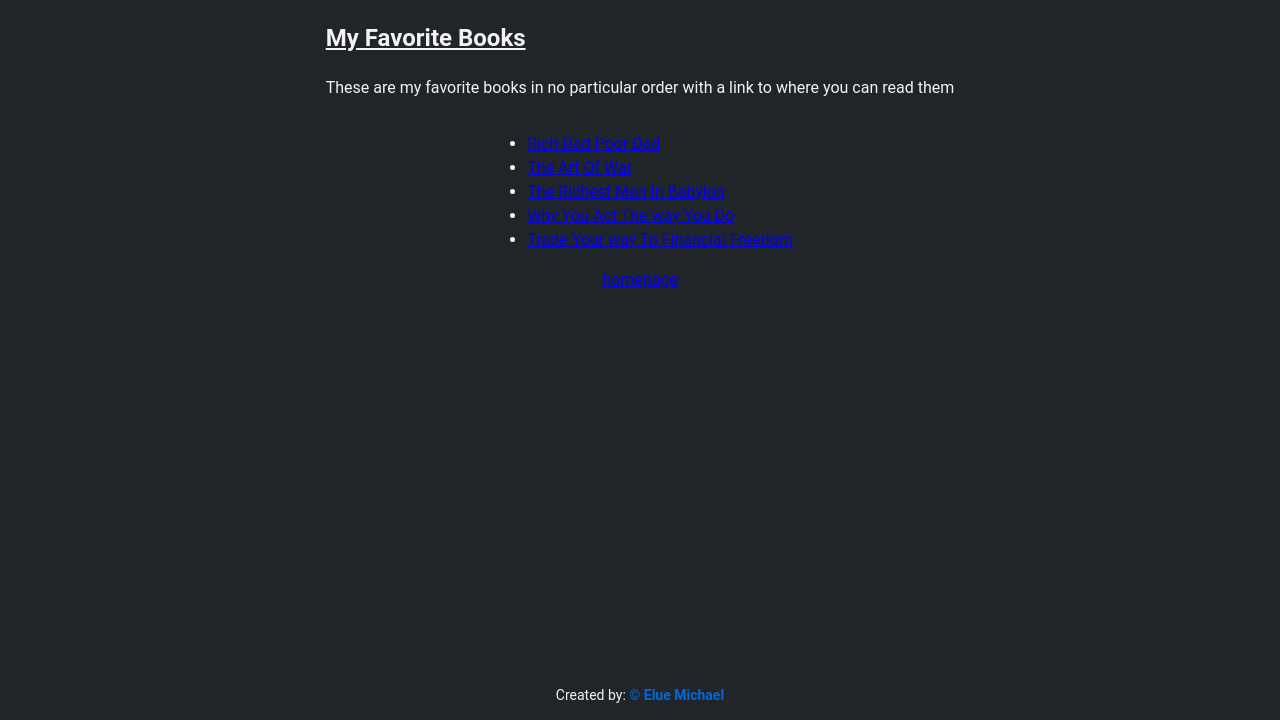
Repository: MikkyPrestige/html-website
Page: pages/books.html
The author's editor kept a copy of each file at every save. The page is drawn from the files as they stood at one save, then again after the next save.
The browser window is 1280 px wide. The pictures show the whole page.

Above is the page before, as saved 2023-04-29 02:25:29.

### pages/books.html
<!DOCTYPE html>
<html lang="en">

<head>
  <meta charset="UTF-8">
  <meta http-equiv="X-UA-Compatible" content="IE=edge">
  <meta name="viewport" content="width=device-width, initial-scale=1.0">
  <title>Books</title>
  <link rel="stylesheet" href="../index.css">
</head>

<body>
  <main class="main">
    <section class="section">
      <div class="books">
        <h1 class="books-heading"><u>My Favorite Books</u></h1>
        <p class="books-subheading">These are my favorite books in no particular order with a link to where you can read
          them</p>
      </div>
      <ul class="books-lists">
        <li class="books-item">
          <a href="http://www.lequydonhanoi.edu.vn/upload_images/S%C3%A1ch%20ngo%E1%BA%A1i%20ng%E1%BB%AF/Rich%20Dad%20Poor%20Dad.pdf"
            target="_blank" class="books-link">Rich Dad Poor Dad</a>
        </li>
        <li class="books-item">
          <a href="https://sites.ualberta.ca/~enoch/Readings/The_Art_Of_War.pdf" target="_blank" class="books-link">The
            Art Of War</a>
        </li>
        <li class="books-item">
          <a href="https://thediamondsmine.com/files/Ebooks/Clason-RichestManInBabylon.pdf" target="_blank"
            class="books-link">The Richest Man
            In Babylon</a>
        </li>
        <li class="books-item">
          <a href="https://www.dirzon.com/Doc/ReaderAsync?target=telegram%3AWhy%20you%20act%20the%20way%20you%20do%20by%20Tim%20LaHaye%20(%20PDFDrive%20).pdf"
            target="_blank" class="books-link">Why You Act The way You Do</a>
        </li>
        <li class="books-item">
          <a href="https://dl.abcbourse.ir/dl/Library/book/Trade_Your_Way_to_Financial_Freedom.pdf" target="_blank"
            class="books-link">Trade
            Your way To Financial Freedom</a>
        </li>
      </ul>
      <div class="back">
        <a href="../index.html" class="back-link">homepage</a>
      </div>
    </section>
    <footer class="footer">
      <p class="footer-text">Created by: <a href="#" target="_blank" class="footer-link">
          &copy; <strong>Elue Michael</strong>
        </a>
      </p>
    </footer>
  </main>
</body>

</html>

### index.css
body {
  background-color: #212529;
  font-family: 'Roboto', sans-serif;
  font-size: 16px;
  font-weight: 400;
  line-height: 1.5;
  color: #f3f3f3;
  text-align: left;
  margin: 0;
  padding: 0;
  width: 100%;
  height: 100vh;
}

.main {
  display: flex;
  flex-direction: column;
  justify-content: space-between;
  align-items: center;
  height: 100%;
}

.section {
  display: flex;
  flex-direction: column;
  justify-content: center;
  align-items: center;
  width: 100%;
}

.btn {
  background-color: #007bff;
  padding: 5px;
  border-radius: 5px;
  transition: all .15s ease-in-out;
  border: none;
  outline: none;
  margin: -20px 0 50px 0;
}

.btn:hover {
  background-color: #0069d9;
}

.btn-link {
  color: #f3f3f3;
  font-size: 14px;
  text-decoration: none;
  cursor: pointer;
}

.section1 {
  display: flex;
  flex-direction: column;
  justify-content: center;
  align-items: center;
}

.section1-header {
  font-size: 24px;
  font-weight: 700;
  margin-bottom: 5px;
  text-transform: uppercase;
}

.section1-content {
  display: flex;
  justify-content: space-around;
  align-items: center;
  width: 100%;
}

.section1-text {
  font-size: 18px;
  font-weight: 400;
}

.section1-link,
.section1-link:link,
.section1-link:visited {
  color: #0069d9;
  text-decoration: none;
  cursor: pointer;
}

.section1-link:hover {
  text-decoration: underline;
  color: #f3f3f3;
}

BOOKS CSS













.footer {
  display: flex;
  justify-content: center;
  align-items: center;
  width: 100%;
  height: 50px;
  background-color: #343a40;
}

.footer-text {
  font-size: 14px;
  font-weight: 400;
  color: #f3f3f3;
}

.footer-link {
  color: #0069d9;
  text-decoration: none;
  cursor: pointer;
}

After the next save:
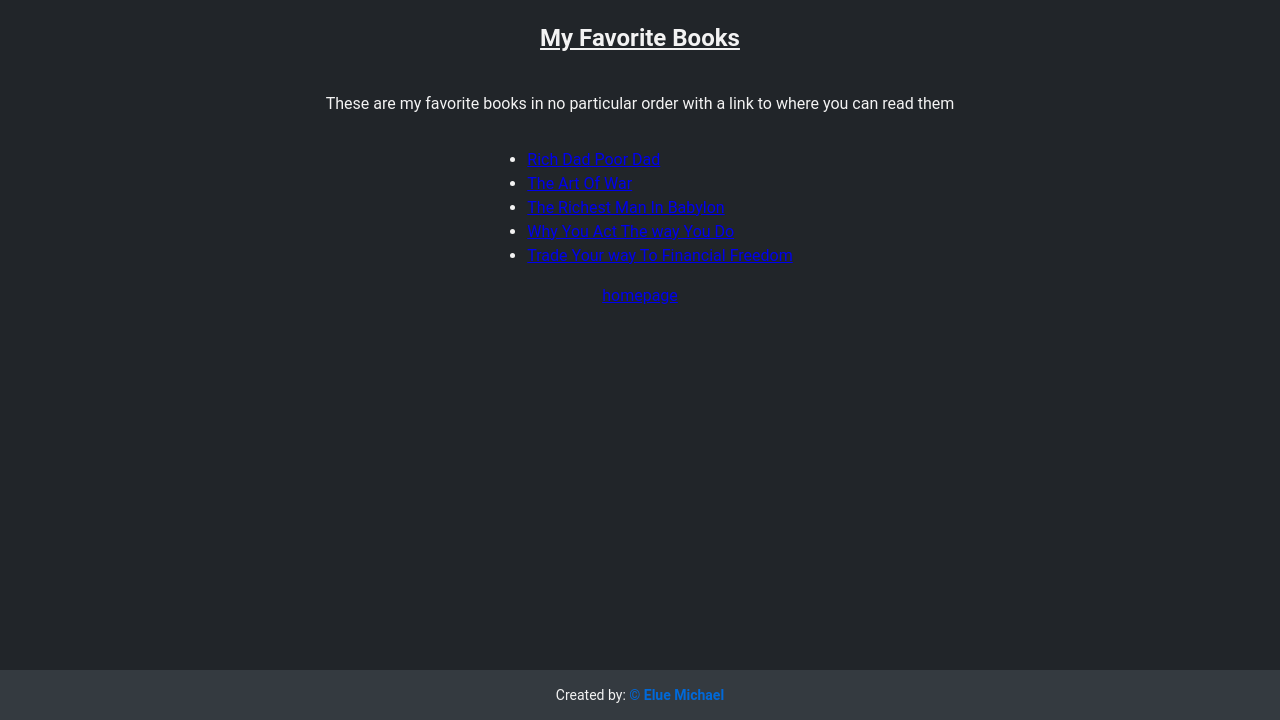
Saved 17 s later.
--- a/index.css
+++ b/index.css
@@ -88,7 +88,14 @@
   color: #f3f3f3;
 }
 
-BOOKS CSS
+/* BOOKS CSS */
+.books {
+  display: flex;
+  flex-direction: column;
+  justify-content: center;
+  align-items: center;
+  width: 100%;
+}
 
 
 
